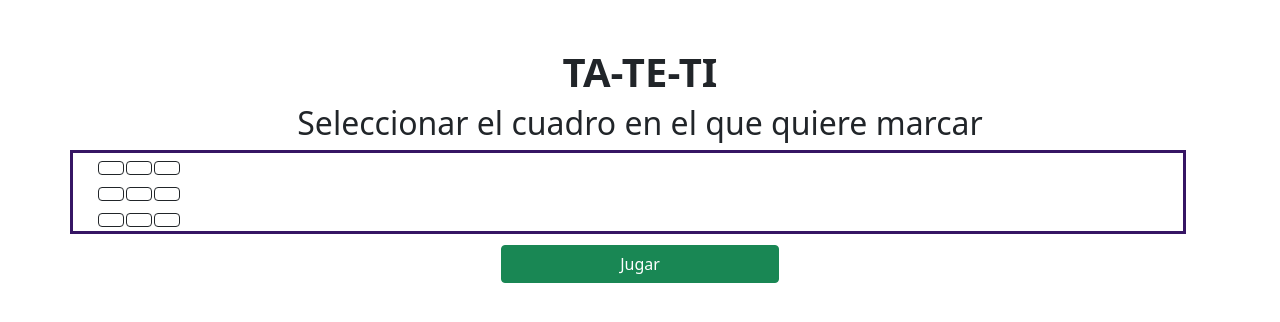
Repository: Lean97-start/TATETI
Page: Tateti.html
An editor plug-in stored every save of this project. The page is shown before and after a run of saves, followed by the edit.
The browser window is 1280 px wide. The pictures show the whole page.

Above is the page before, as saved 2021-07-11 23:25:54.
Console error: SyntaxError: Unexpected token ')'

After the next 3 saves:
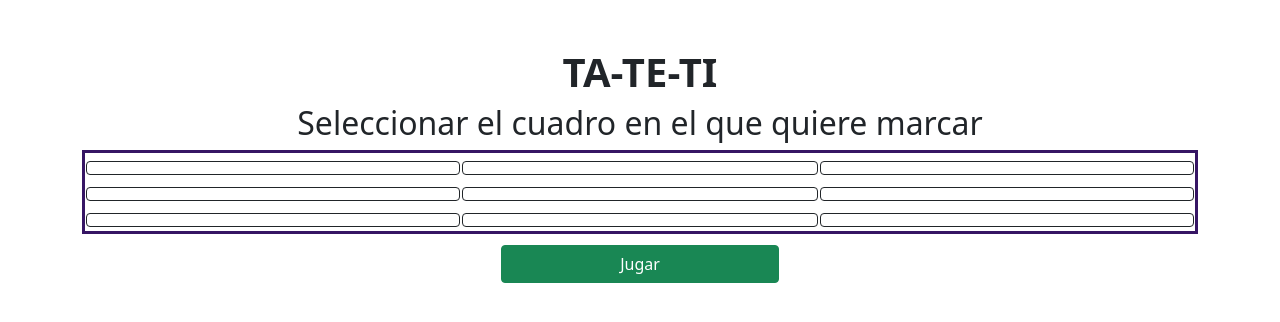
The 3 saves are shown as one change because they came seconds apart.
The last was saved 11 s later.
--- a/Tateti.html
+++ b/Tateti.html
@@ -13,8 +13,8 @@
         <H1 class="fw-bold text-center">TA-TE-TI</H1>
         <H2 class="fw-normal text-center">Seleccionar el cuadro en el que quiere marcar</H2>
 
-            <div class="row w-100 h-100 bg-white text-center">
-                <table class="border-3 text-center row w-100 h-100 bg-white" id="cuadro">
+
+                <table class="border-3 text-center  w-100 h-100 bg-white" id="cuadro">
                     <tr>
                         <td><button class="btn border-dark w-100 h-100" id="11"></button></td>
                         <td><button class="btn border-dark w-100 h-100" id="21"></button></td>
@@ -31,7 +31,7 @@
                         <td><button class="btn border-dark w-100 h-100" id="33"></button></td>
                     </tr>
                 </table>
-            </div>
+
             <div class=" row">
                 <div class="btn ">
                     <button type="button" class="btn btn-success my-1 w-25" id="btn-jugar">Jugar</button>
